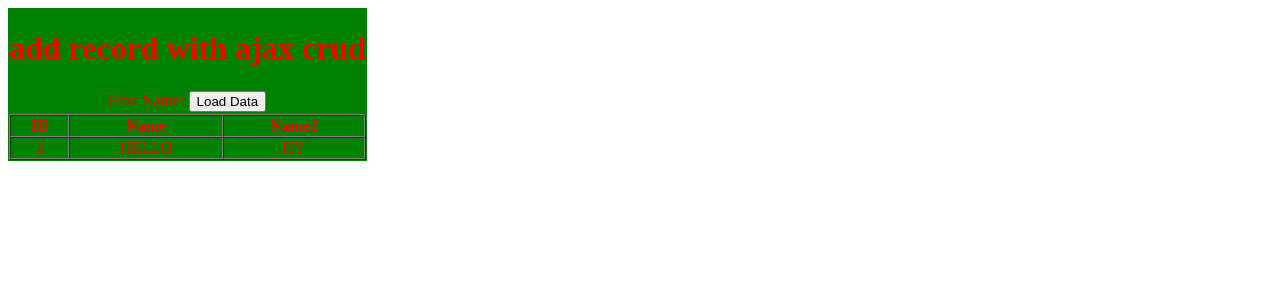
Repository: Tauqeer124/newrepo
Page: http://localhost/insertdata.php
The author's editor kept a copy of each file at every save. The page is drawn from the files as they stood at one save, then again after a run of saves.
The browser window is 1280 px wide. The pictures show the whole page.
The page is run by PHP 8.4 with error messages shown; the project is at /var/www/html/.

Above is the page before, as saved 2023-04-28 12:19:22.
Console error: ReferenceError: $ is not defined

After the next 2 saves:
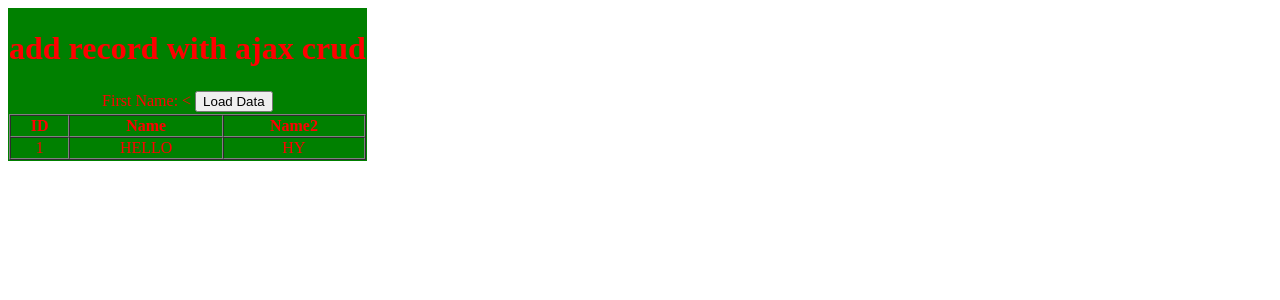
The 2 saves are shown as one change because they came seconds apart.
The last was saved 9 s later.
--- a/insertdata.php
+++ b/insertdata.php
@@ -19,7 +19,7 @@
             </tr>
             <tr>
                 <td id="table-form">
-                    First Name:
+                    First Name: <
                     <input type="button" id="load-button" value="Load Data" >
                 </td>
             </tr>
